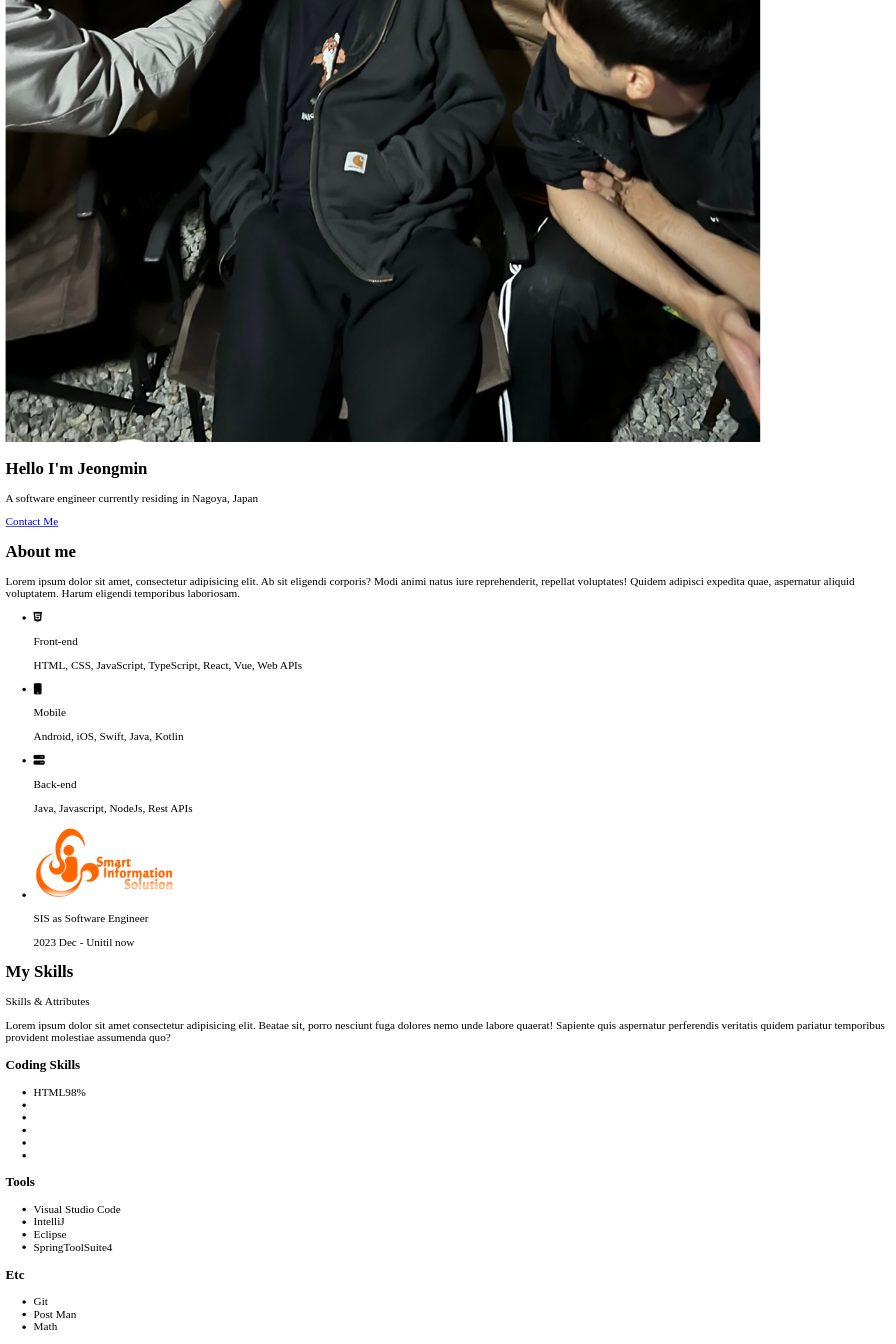
Repository: N1C0N1C0/Portfolio
Page: index.html
An editor plug-in stored every save of this project. The page is shown before and after the next save, followed by the edit.
The browser window is 1280 px wide. The pictures show the part of the page from y = 999 to 2919 px (the page is 2919 px tall), at 70% of full size.
Some web libraries are served in a nearby version.

Above is the page before, as saved 2023-12-11 23:39:08.

### index.html
<!DOCTYPE html>
<html lang="jp">
<head>
    <meta charset="UTF-8">
    <meta name="viewport" content="width=device-width, initial-scale=1.0">
    <!-- SEO -->
    <title>My&#39s Portfolio</title>
    <meta
        name="description"
        content="Portfolio for job change"
    />
    <meta
        name="author" content="KimJeongmin"
    />
    <link rel="shortcut icon" href="images/favicon.ico" type="image/x-icon">
    <!-- OG(OPEN Graph Data) -->
    <meta property="og:title" content="Portfolio"/>
    <meta property="og:type" content="website"/>
    <meta property="og:url" content="URL generated after deployment"/>
    <meta property="og:image" content="Image URL created after deployment"/>
    <!-- Google Fonts -->
    <link rel="preconnect" href="https://fonts.googleapis.com">
    <link rel="preconnect" href="https://fonts.gstatic.com" crossorigin>
    <link href="https://fonts.googleapis.com/css2?family=Noto+Sans+JP:wght@300;400;500&family=Open+Sans:wght@400;600&display=swap" rel="stylesheet">
    <!-- Font Awesome -->
    <script src="https://kit.fontawesome.com/04742e9fab.js" crossorigin="anonymous"></script>
    <!-- CSS -->
    <link rel="stylesheet" href="css/style.css">
    <!-- Javascript -->
    <script src="src/main.js" defer></script>
</head>
<body>
    <!-- Header -->
    <header>
        <div>
            <img src="images/favicon.ico" alt="logo" />
            <h1><a href="#">キムジョンミン</a></h1>
        </div>
        <nav>
            <ul>
                <li><a href="#home">Home</a></li>
                <li><a href="#about">About</a></li>
                <li><a href="#skills">Skill</a></li>
                <li><a href="#work">My Work</a></li>
                <li><a href="#testimonials">Testimonials</a></li>
                <li><a href="#contact">Contact</a></li>
            </ul>
        </nav>
    </header>
    <!-- Main -->
    <main>
        <!-- Home -->
        <section id="home">
            <img src="images/profile.JPG" alt="profile">
            <h2>Hello I&#39;m Jeongmin</h2>
            <p>A software engineer currently residing in Nagoya, Japan</p>
            <a href="#contact">Contact Me</a>
        </section>
        <!-- About -->
        <section id="about">
            <h2>About me</h2>
            <p>
                Lorem ipsum dolor sit amet, consectetur adipisicing elit. Ab sit eligendi corporis? Modi animi natus iure reprehenderit, repellat voluptates! Quidem adipisci expedita quae, aspernatur aliquid voluptatem. Harum eligendi temporibus laboriosam.
            </p>
            <ul>
                <li>
                    <i class="fa-brands fa-html5"></i>
                    <p>Front-end</p>
                    <p>HTML, CSS, JavaScript, TypeScript, React, Vue, Web APIs</p>
                </li>
                <li>
                    <i class="fa-solid fa-mobile"></i>
                    <p>Mobile</p>
                    <p>Android, iOS, Swift, Java, Kotlin</p>
                </li>
                <li>
                    <i class="fa-solid fa-server"></i>
                    <p>Back-end</p>
                    <p>Java, Javascript, NodeJs, Rest APIs</p>
                </li>
            </ul>
            <ul>
                <li>
                    <img src="images/sis_image.png" alt="株式 SIS">
                    <div>
                        <p>SIS as Software Engineer</p>
                        <p>2023 Dec - Unitil now</p>
                    </div>
                </li>
            </ul>
        </section>
        <!-- Skills -->
        <section id="skills">
            <h2>My Skills</h2>
            <p>Skills & Attributes</p>
            <p>
                Lorem ipsum dolor sit amet consectetur adipisicing elit. Beatae sit, porro nesciunt fuga dolores nemo unde labore quaerat! Sapiente quis aspernatur perferendis veritatis quidem     pariatur temporibus provident molestiae assumenda quo?
            </p>
            <div>
                <section>
                    <h3>Coding Skills</h3>
                    <ul>
                        <li>
                            <div><span>HTML</span><span>98%</span></div>
                            <div><div style="width: 98%"></div></div>
                        </li>
                        <li>
                            <div></div>
                        </li>
                        <li>
                            <div></div>
                        </li>
                        <li>
                            <div></div>
                        </li>
                        <li>
                            <div></div>
                        </li>
                        <li>
                            <div></div>
                        </li>
                    </ul>
                </section>
                <section>
                    <h3>Tools</h3>
                    <ul>
                        <li>Visual Studio Code</li>
                        <li>IntelliJ</li>
                        <li>Eclipse</li>
                        <li>SpringToolSuite4</li>
                    </ul>
                </section>
                <section>
                    <h3>Etc</h3>
                    <ul>
                        <li>Git</li>
                        <li>Post Man</li>
                        <li>Math</li>
                    </ul>
                </section>
            </div>
        </section>
        <!-- Work -->
        <section id="work"></section>
        <!-- Testimonials -->
        <section id="testimonials"></section>
        <!-- Arrow up -->
        <aside></aside>
    </main>
    <!-- Footer -->
    <footer id="contact"></footer>
</body>
</html>

Loaded but not shown: css/style.css (no copy from this time; the picture is the same without it); src/main.js (no copy from this time; the picture is the same without it)

After the next save:
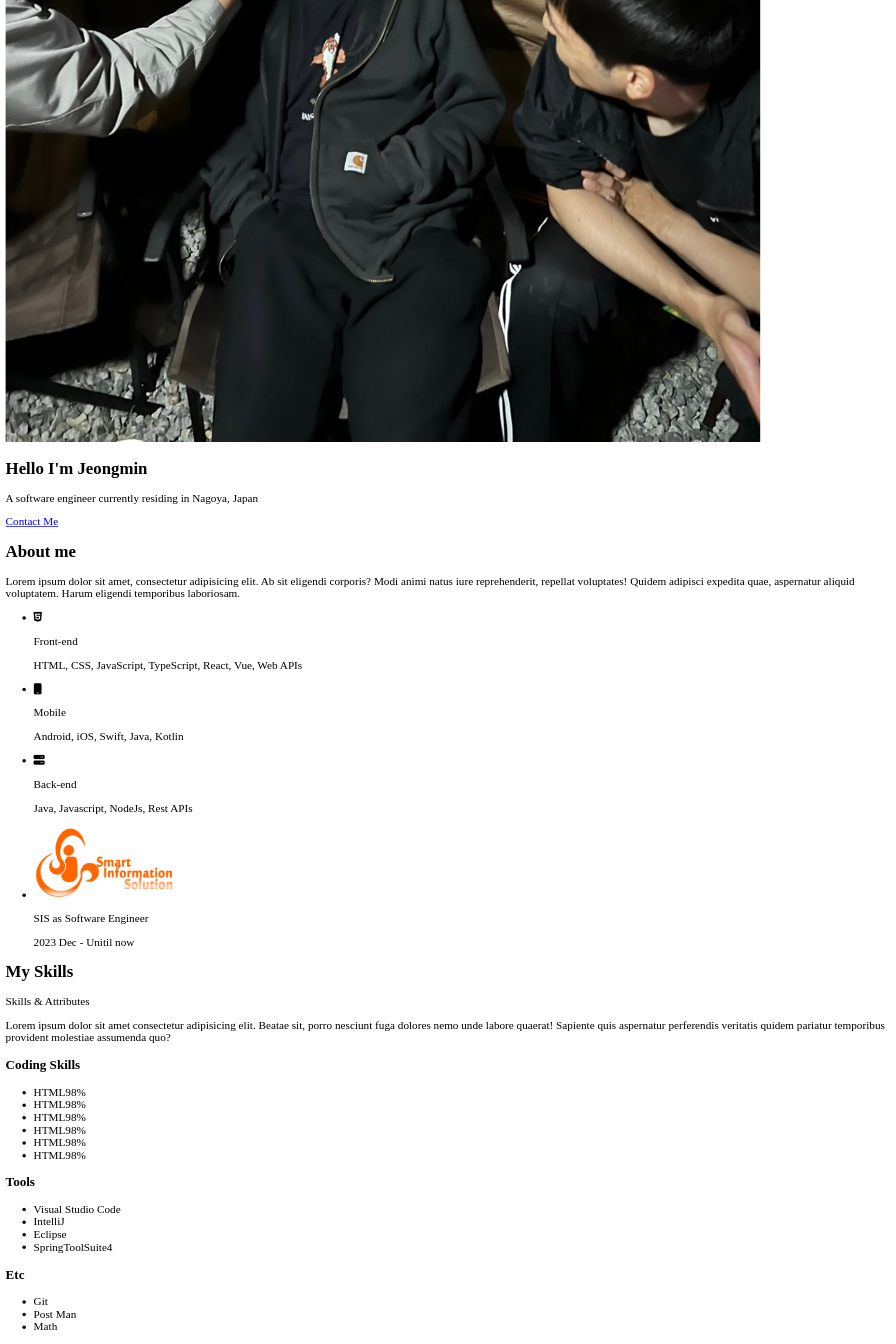
Saved 21 s later.
--- a/index.html
+++ b/index.html
@@ -105,19 +105,24 @@
                             <div><div style="width: 98%"></div></div>
                         </li>
                         <li>
-                            <div></div>
+                            <div><span>HTML</span><span>98%</span></div>
+                            <div><div style="width: 98%"></div></div>
                         </li>
                         <li>
-                            <div></div>
+                            <div><span>HTML</span><span>98%</span></div>
+                            <div><div style="width: 98%"></div></div>
                         </li>
                         <li>
-                            <div></div>
+                            <div><span>HTML</span><span>98%</span></div>
+                            <div><div style="width: 98%"></div></div>
                         </li>
                         <li>
-                            <div></div>
+                            <div><span>HTML</span><span>98%</span></div>
+                            <div><div style="width: 98%"></div></div>
                         </li>
                         <li>
-                            <div></div>
+                            <div><span>HTML</span><span>98%</span></div>
+                            <div><div style="width: 98%"></div></div>
                         </li>
                     </ul>
                 </section>
